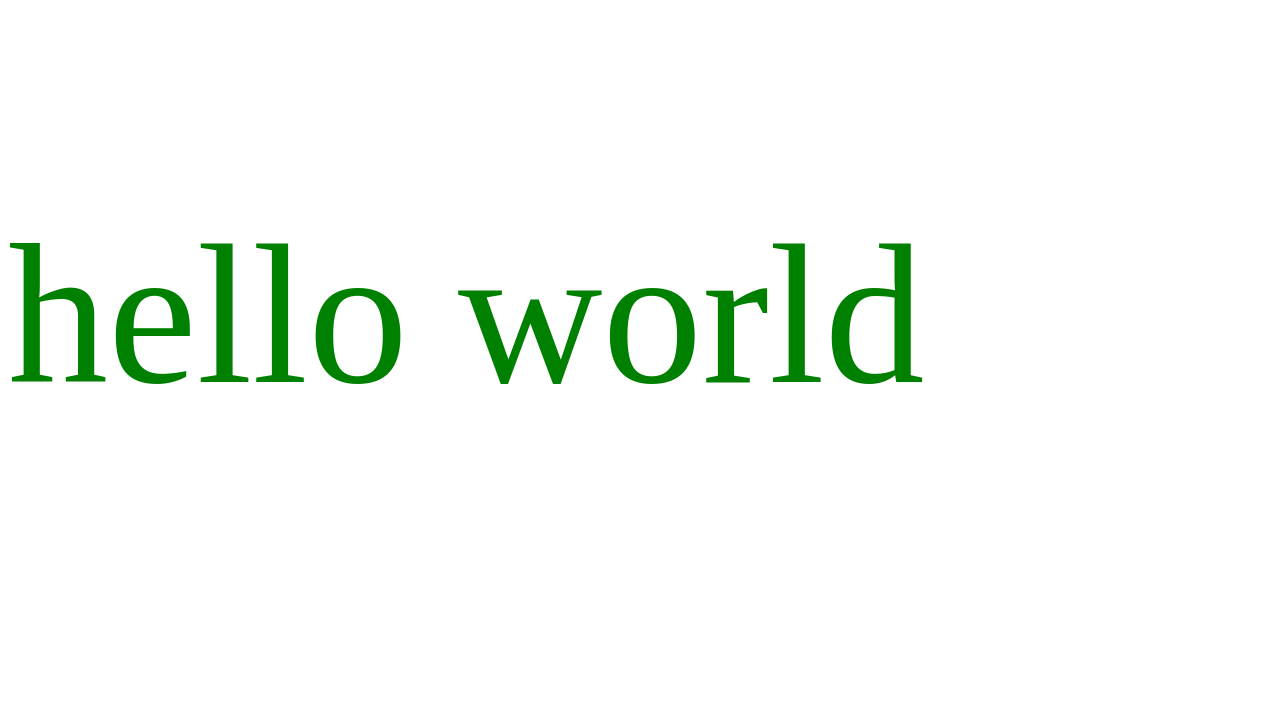
Repository: yokwejuste/TrailTraining
Page: http://localhost//
The author's editor kept a copy of each file at every save. The page is drawn from the files as they stood at one save, then again after a run of saves.
The browser window is 1280 px wide. The pictures show the whole page.
The page is served by the project's application, run on Django 2.2 (manage.py). Other server files are loaded and not shown.

Above is the page before, as saved 2022-05-11 16:13:26.

### MusicStoreApp/templates/index.html
<!DOCTYPE html>
{% load static %}
<html lang="en">
<head>
    <meta charset="UTF-8">
    <meta http-equiv="X-UA-Compatible" content="IE=edge">
    <meta name="viewport" content="width=device-width, initial-scale=1.0">
    <title>Document</title>
    <link rel="stylesheet" href="{% static 'css/main.css' %}">
</head>
<body>
    <p>hello world</p>

</body>
</html>

### MusicStoreApp/MusicStoreApp/urls.py
"""MusicStoreApp URL Configuration

The `urlpatterns` list routes URLs to views. For more information please see:
    https://docs.djangoproject.com/en/2.2/topics/http/urls/
Examples:
Function views
    1. Add an import:  from my_app import views
    2. Add a URL to urlpatterns:  path('', views.home, name='home')
Class-based views
    1. Add an import:  from other_app.views import Home
    2. Add a URL to urlpatterns:  path('', Home.as_view(), name='home')
Including another URLconf
    1. Import the include() function: from django.urls import include, path
    2. Add a URL to urlpatterns:  path('blog/', include('blog.urls'))
"""
from django.contrib import admin
from django.urls import path, include

urlpatterns = [
    path('admin/', admin.site.urls),
    path('', include('Streaming.urls')),
]

### MusicStoreApp/Streaming/urls.py
from django.urls import path
from .views import *


urlpatterns = [
    path('/', home)
]

### MusicStoreApp/static/css/main.css
body{
    color: green;
    font-size: 200px;
}

Loaded but not shown: MusicStoreApp/Streaming/views.py (common file)

After the next 5 saves:
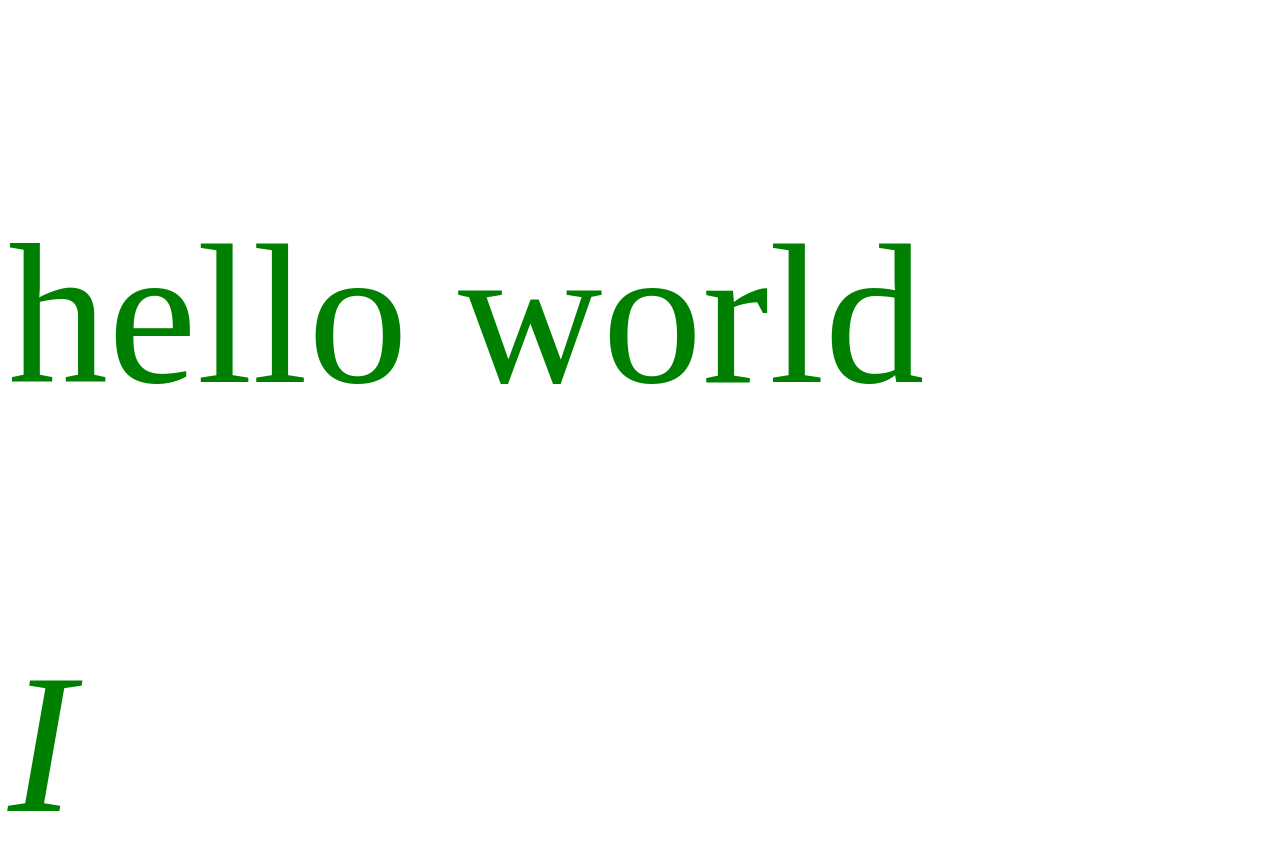
The 5 saves are shown as one change because they came seconds apart.
The last was saved 14 s later.
--- a/MusicStoreApp/templates/index.html
+++ b/MusicStoreApp/templates/index.html
@@ -10,6 +10,6 @@
 </head>
 <body>
     <p>hello world</p>
-
+    <i>I</i>
 </body>
 </html>
